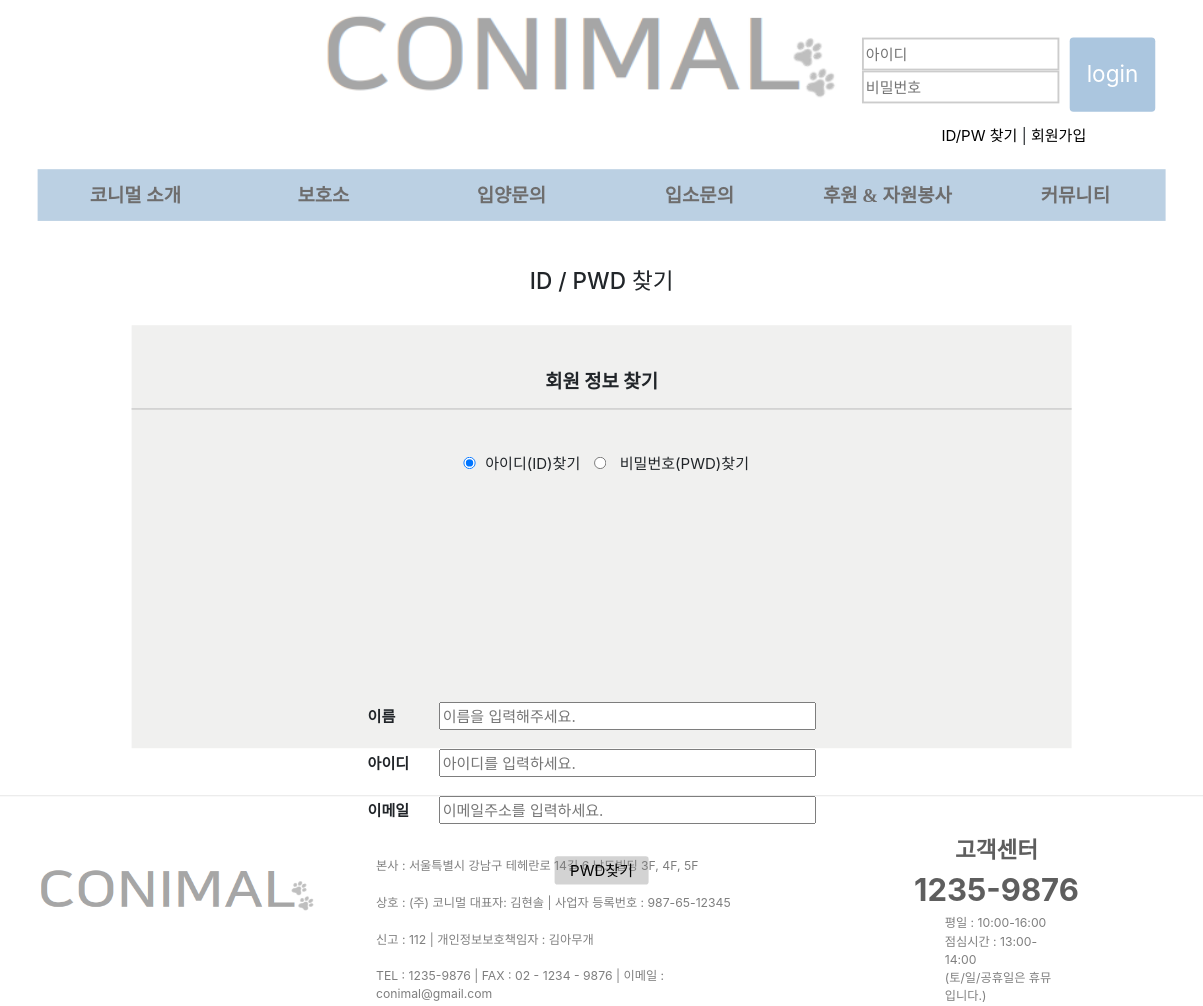
Repository: rlagusthf12/SemiProject
Page: http://localhost/conimal/views/member/searchIdPwdMainForm.jsp
An editor plug-in stored every save of this project. The page is shown before and after the next save, followed by the edit.
The browser window is 1280 px wide. The pictures show the whole page, at 94% of full size.
The page is served by Tomcat 9. Nobody is signed in. The application's start-up code is not run.

Above is the page before, as saved 2021-05-31 09:17:34.

After the next save:
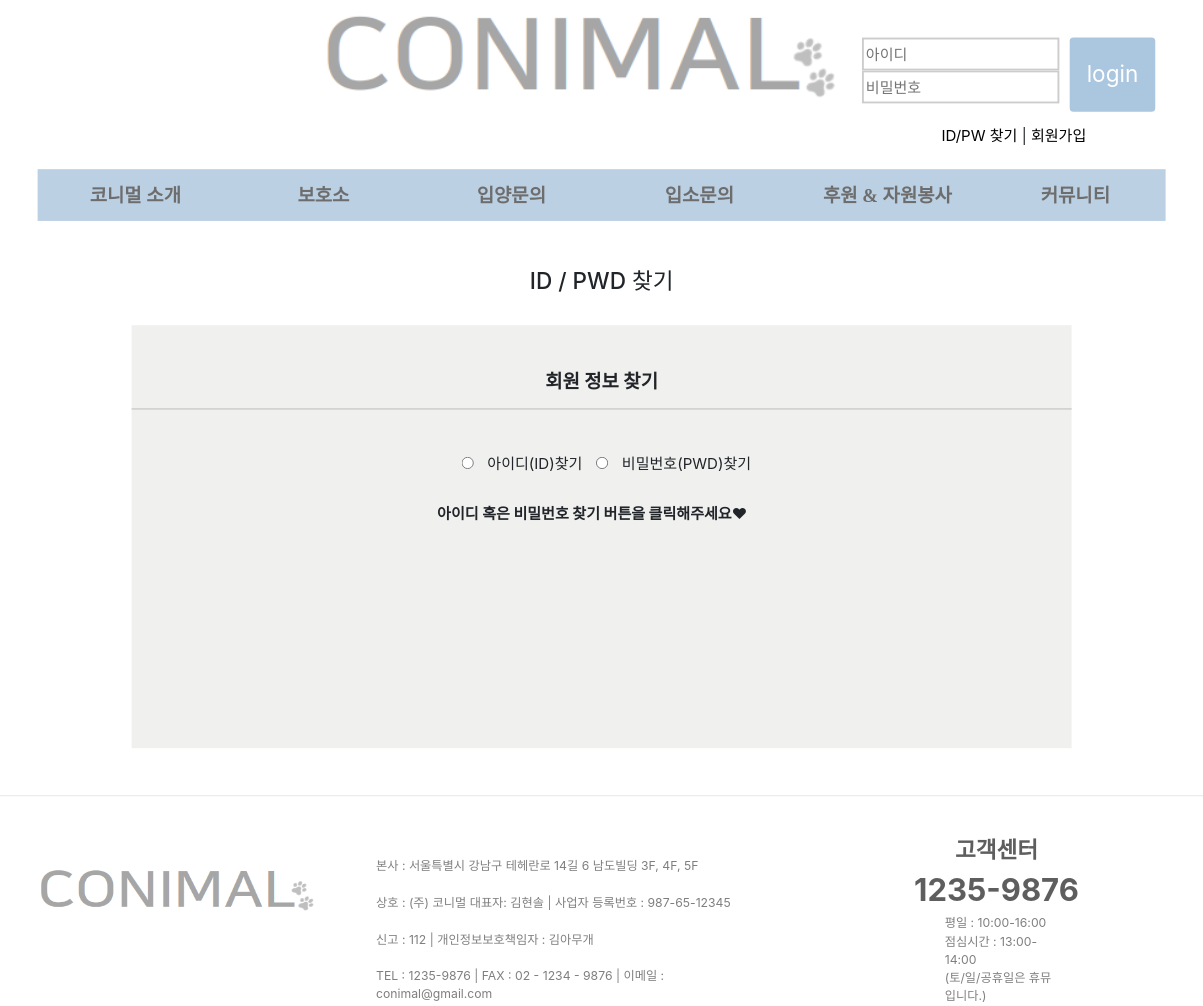
Saved 3 min 31 s later.
--- a/conimal/WebContent/views/member/searchIdPwdMainForm.jsp
+++ b/conimal/WebContent/views/member/searchIdPwdMainForm.jsp
@@ -44,7 +44,7 @@
     #searchFormT{
         margin: auto;
         width: 500px;
-        height: 150px;
+        height: 100px;
     }
     #searchForm>button{
         margin: auto;
@@ -57,6 +57,10 @@
     #searchFormT input{
         width: 95%;
     }
+    .btn{
+        margin: auto;
+
+     }
      .submitB{
         display: block;
         width: 100px;
@@ -68,13 +72,12 @@
 <script></script>
 </head>
 <body>
-	<%@ include file="../common/menubar.jsp" %>
+   <%@ include file="../common/menubar.jsp" %>
 
 
     <div class="outer">
         <h4 style="text-align:center;">ID / PWD 찾기</h4>
         <br>
-
         <div class="searchIdPwd">
 
             <br><br>
@@ -82,95 +85,94 @@
             <hr style="background: lightgray; border: 0; height: 2px;">
             <br>
 
-            <div class="outer2">
-                    <input type="radio" id="searchId" name="search" onclick="showIdForm();" class="search" checked  >아이디(ID)찾기
-                    <input type="radio" id="searchPwd"  name="search" onclick="showIdForm()();"  class="search"> 비밀번호(PWD)찾기
-            </div>
+            <form id="searchForm">
+                <div class="outer2">
+                    <input type="radio" id="searchId" name="search" onchange="showIdForm();" class="search"  >
+                    아이디(ID)찾기
+                    <input type="radio" id="searchPwd"  name="search" onchange="showIdForm();"  class="search">
+                    비밀번호(PWD)찾기
+                </div>
 
                 <br>
                 <script>
-
-                	function showIdForm(){
-                		if($('input:radio[id=searchId]').is(':checked')){
-                			$("#searchIdFormT").show();
-                			$("#searchPwdFormT").hide();
-                			$("#comment").hide();
-                		}else if($('input:radio[id=searchPwd]').is(':checked')){
-                			$('input:radio[id=searchId]').prop('checked',false);
-                			$("#searchPwdFormT").show();
-                			$("#searchIdFormT").hide();
-                			$("#comment").hide();
-                		}else{
-
-                			$("#searchIdFormT").hide();
-                			$("#searchPwdFormT").hide();
-                			$("#comment").show();
-                		}
-                	}
+                $(function(){
+                      $("#searchIdFormT").hide();
+                       $("#searchPwdFormT").hide();
+                       $("#comment").show();
+                });
+                   function showIdForm(){
+                      if($('input:radio[id=searchId]').is(':checked')){
+                         $("#searchIdFormT").show();
+                         $("#searchPwdFormT").hide();
+                         $("#comment").hide();
+                      }else if($('input:radio[id=searchPwd]').is(':checked')){
+                         $('input:radio[id=searchId]').prop('checked',false);
+                         $("#searchPwdFormT").show();
+                         $("#comment").hide();
+                      }
+                   }
 
                 </script>
+                   <!-- 아이디 찾기 버튼클릭시 활성화 -->
+                   <div id="searchIdFormT">
 
-                	<!-- 아이디 찾기 버튼클릭시 활성화 -->
-            	<form id="searchForm1">
-                   <div id="searchIdFormT" style="visibility:hidden;">
-                   		<table id="searchFormT" >
-	                        <tr>
-	                            <th>이름</th>
-	                            <td colspan="2">
-	                                <input type="text" name="memName" class="userName" id="userName" placeholder="이름을 입력해주세요." required>
-	                            </td>
-	                        </tr>
+                         <table id="searchFormT" >
+                           <tr>
+                               <th>이름</th>
+                               <td colspan="2">
+                                   <input type="text"class="userName" id="userName" placeholder="이름을 입력해주세요." required>
+                               </td>
+                           </tr>
+                           <tr>
+                               <th>이메일</th>
+                               <td><input type="text" id="email" class="email" placeholder="이메일주소를 입력하세요." required></td>
+                           </tr>
 
-	                        <tr>
-	                            <th>이메일</th>
-	                            <td><input type="text" name="email" id="email" class="email" placeholder="이메일주소를 입력하세요." required></td>
-	                        </tr>
+                       </table>
+                        <div id="searchPwdFormT">
+                     <table id="searchFormT" >
 
-	                    </table>
-	                    <br>
+                         <tr>
+                             <th>아이디</th>
+                             <td colspan="2">
+                                 <input type="text"class="userId" id="userId" placeholder="아이디를 입력하세요." required>
+                             </td>
+                         </tr>
 
-                    	<button onclick="location.href='<%=contextPath %>/searchId.me'" id="btn" class="submitB" style="margin:auto; background:lightgray; border: 20px; border-radius: 3px;" >ID찾기</button>
-               		</div>
-            	</form>
-
-                <form id="searchForm2">
-            		<!-- 비밀번호 변경 클릭시 활성화 -->
-					<div id="searchPwdFormT">
-			            <table id="searchFormT" >
-			                <tr>
-			                    <th>이름</th>
-			                    <td colspan="2">
-			                        <input type="text"class="userName" id="userName" placeholder="이름을 입력해주세요." required>
-			                    </td>
-			                </tr>
-
-			                <tr height="50px">
-			                    <th>아이디</th>
-			                    <td colspan="2">
-			                        <input type="text"class="userId" id="userId" placeholder="아이디를 입력하세요." required>
-			                    </td>
-			                </tr>
+                     </table>
 
 
-			                <tr>
-			                    <th>이메일</th>
-			                    <td><input type="text" id="email" class="email" placeholder="이메일주소를 입력하세요." required></td>
 
-			                </tr>
+                       </div>
 
-			            </table>
-			            <br>
+                       <button onclick="location.href='<%=contextPath %>/searchPwd.me'" id="btn" class="submitB" style="background:lightgray; border: 20px; border-radius: 3px;" >찾기</button>
+                     </div>
+                 <div id="comment">
+                            <b id="coment" style="margin-left:325px; margin-top:30px; text-align=center; vertical-align:middle">아이디 혹은 비밀번호 찾기 버튼을 클릭해주세요♥</b>
+                       </div>
+                  <!-- 비밀번호 변경 클릭시 활성화 -->
 
-		            	<button onclick="location.href='<%=contextPath %>/searchPwd.me'" id="btn" class="submitB" style="margin:auto; background:lightgray; border: 20px; border-radius: 3px;" >PWD찾기</button>
 
-		        	</div>
-				</form>
+            </form>
+
+
         </div>
     </div>
 
+    <!--회원가입 실패시 뜨는 창임-->
+
+        <script>
+            $(function(){
+                $("#btn").click(function(){
+                    $(this).alert("회원가입에 실패했습니다. 다시 시도해주세요.");
+                });
 
 
-	<%@ include file="../common/footerbar.jsp" %>
+            })
+        </script>
+
+
+   <%@ include file="../common/footerbar.jsp" %>
 
 </body>
 </html>
